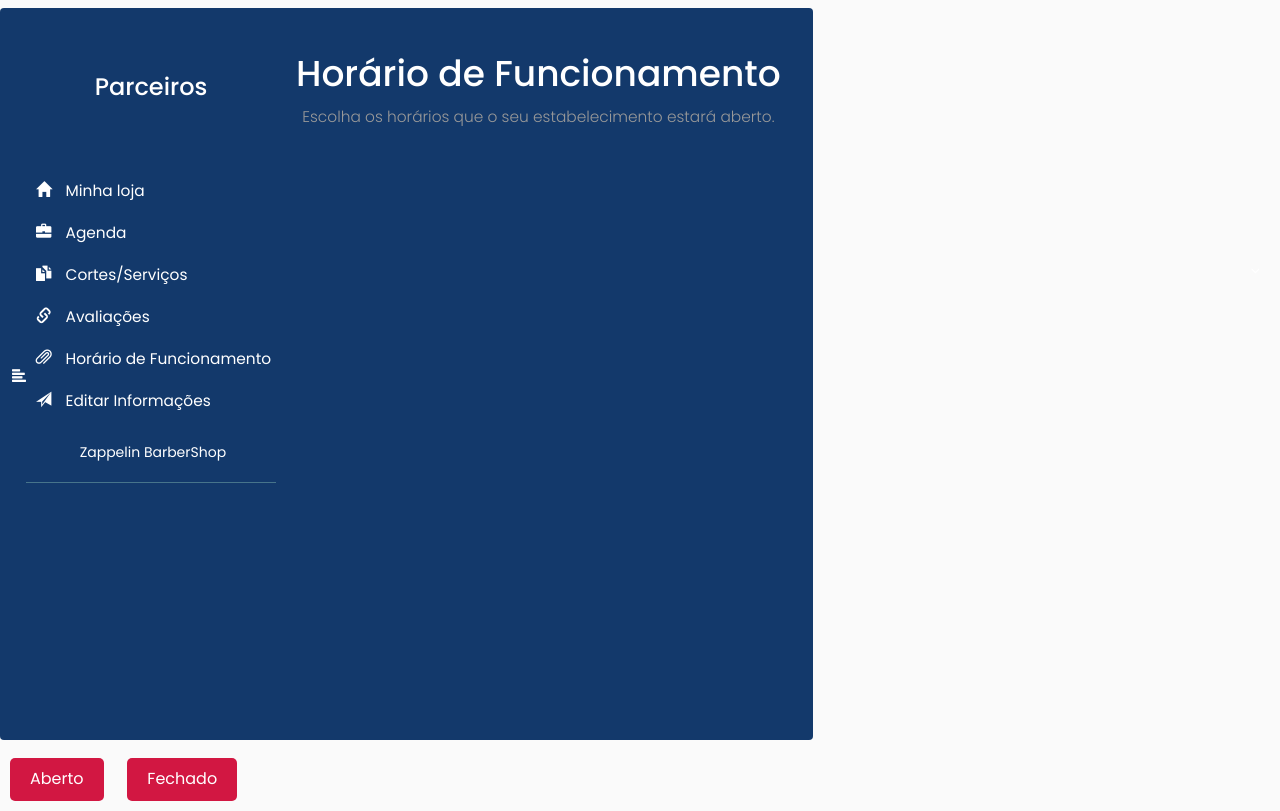
Repository: aquilesascar/barberconnect
Page: http://localhost/horario.php
An editor plug-in stored every save of this project. The page is shown before and after a run of saves, followed by the edit.
The browser window is 1280 px wide. The pictures show the whole page.
The page is run by PHP 8.4 with error messages shown; the project is at /var/www/html/.

Above is the page before, as saved 2023-10-10 09:39:21.

After the next 2 saves:
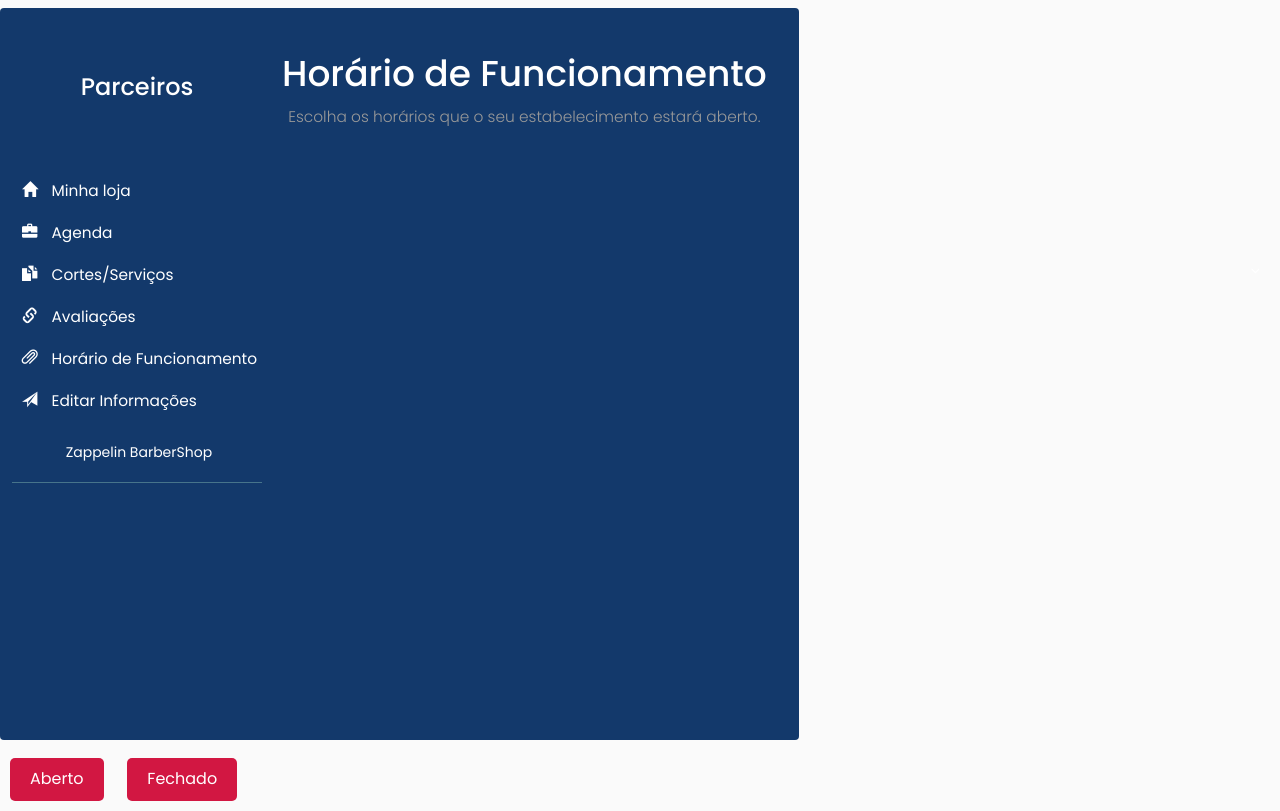
The 2 saves are shown as one change because they came seconds apart.
The last was saved 10 s later.
--- a/horario.php
+++ b/horario.php
@@ -12,9 +12,9 @@
     <!-- Our Custom CSS -->
     <link rel="stylesheet" href="../TCC/assets/css/style4.css">
 
+    <div class="navbar-header">
+                    <button type="button" id="sidebarCollapse" class="btn btn-info navbar-btn">
 
-                    <button type="button" id="sidebarCollapse" class="btn btn-info navbar-btn">
-                        <i class="glyphicon glyphicon-align-left"></i>
 
     <style>
         #botao1,
